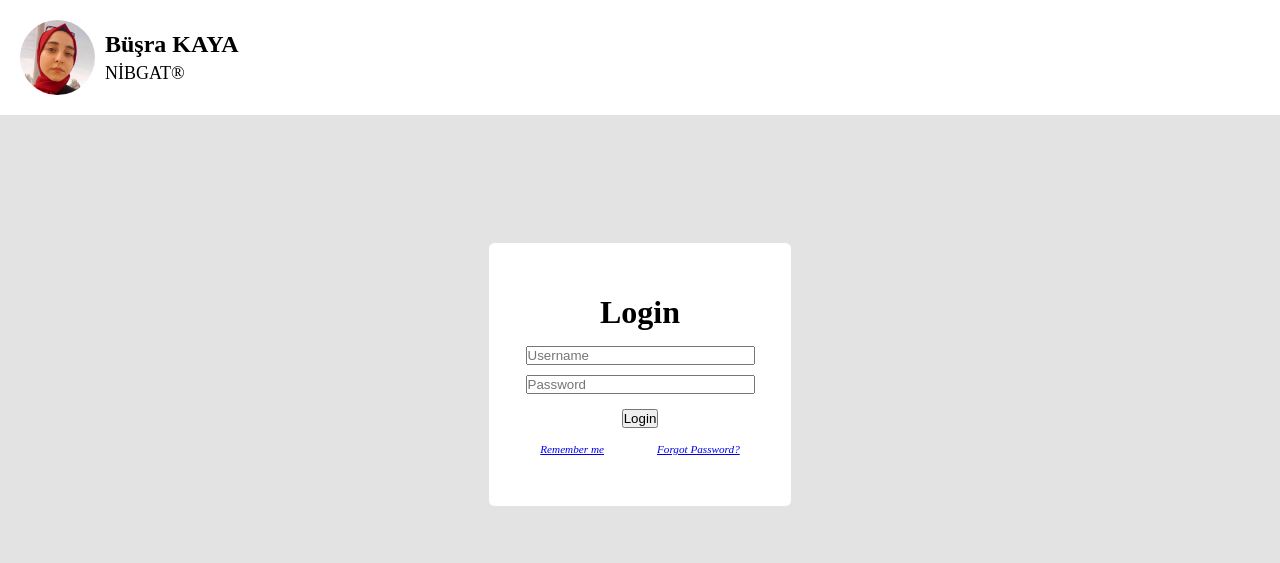
Repository: busra-kayaa/LoginPage
Page: login.html
The author's editor kept a copy of each file at every save. The page is drawn from the files as they stood at one save, then again after the next save.
The browser window is 1280 px wide. The pictures show the whole page.

Above is the page before, as saved 2024-01-05 08:44:17.

After the next save:
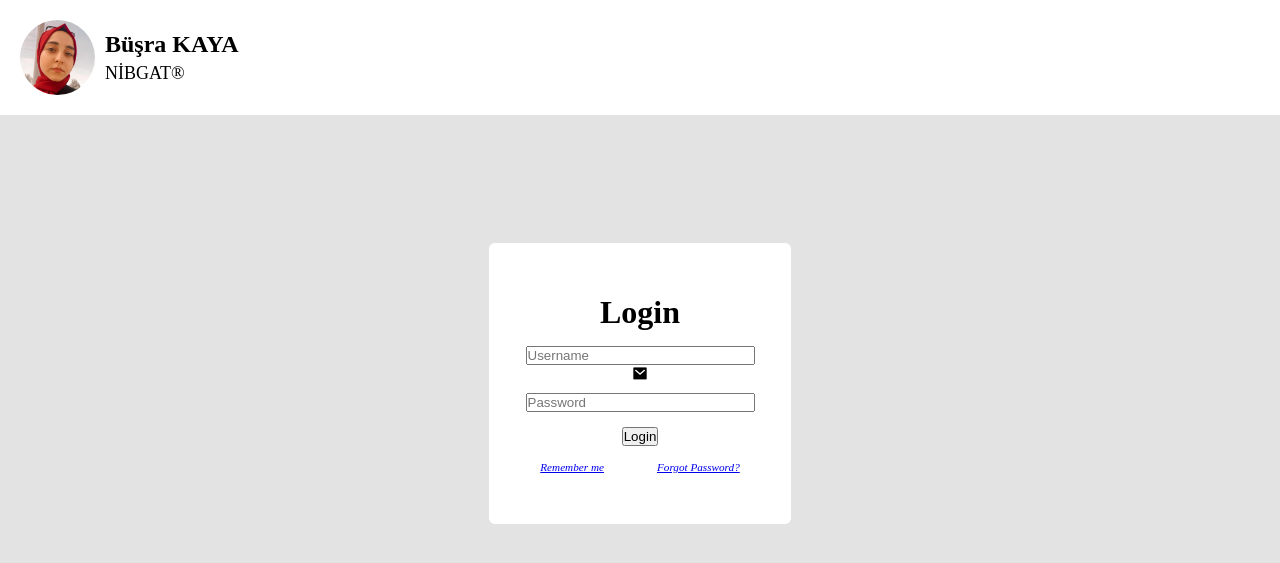
Saved 2 min 4 s later.
--- a/login.html
+++ b/login.html
@@ -3,6 +3,8 @@
     <head>
         <title>Login Page</title>
         <link rel="stylesheet" href="./style.css" type="text/css"/>
+        <link rel="stylesheet" href="https://cdnjs.cloudflare.com/ajax/libs/remixicon/3.5.0/remixicon.css" crossorigin="">
+
     </head>
     <body>
         <div class="header-container">
